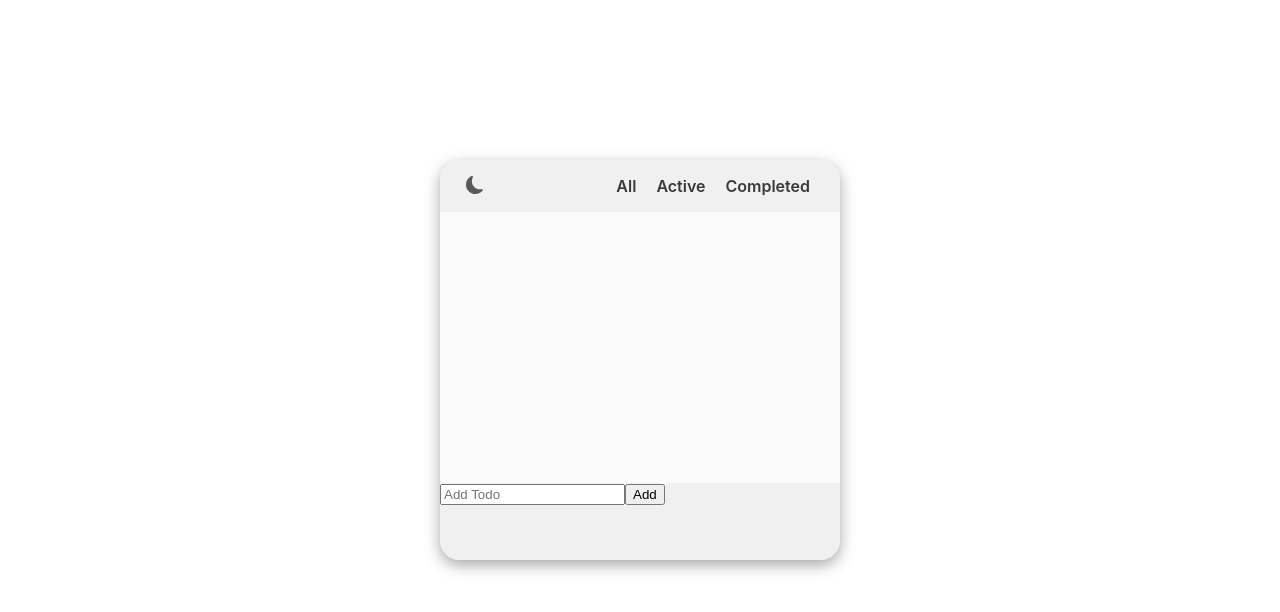
Repository: momo0170/react_todolist
Page: /
The author's editor kept a copy of each file at every save. The page is drawn from the files as they stood at one save, then again after the next save.
The browser window is 1280 px wide. The pictures show the whole page.
The project was rebuilt for these pictures with package versions that can differ from the ones it lists, and the page was loaded fresh each time. Also part of the build but not shown: src/css/Todo.module.css, src/components/Todo.jsx.

Above is the page before, as saved 2022-11-02 12:56:36.

### src/index.css
body {
  margin: 0;
  font-family: -apple-system, BlinkMacSystemFont, 'Segoe UI', 'Roboto', 'Oxygen',
    'Ubuntu', 'Cantarell', 'Fira Sans', 'Droid Sans', 'Helvetica Neue',
    sans-serif;
  -webkit-font-smoothing: antialiased;
  -moz-osx-font-smoothing: grayscale;
  height: 100vh;
  display: flex;
  justify-content: center;
  align-items: center;
}

code {
  font-family: source-code-pro, Menlo, Monaco, Consolas, 'Courier New',
    monospace;
}

### src/App.jsx
import styles from './App.module.css';
import { BsMoonFill, BsSun } from 'react-icons/bs';
import { useEffect, useRef, useState } from 'react';
import Todo from './components/Todo';

function App() {
  const [todos, setTodos] = useState([]);
  const onSubmit = (e) => {
    console.log(e);
    e.preventDefault();
    if (e.target[0].value !== '') {
      setTodos([...todos, { id: todos.length + 1, name: e.target[0].value }]);
      e.target[0].value = '';
    }
  };

  const onChange = (e) => {
    console.log(e.target.value);
  };
  const onDelete = (targetId) => {
    setTodos((prev) => prev.filter((todo) => todo.id !== targetId));
  };

  console.log(todos);

  return (
    <div className={styles.container}>
      <header className={styles.header}>
        <button className={styles.modeBtn}>
          <BsMoonFill size="18" color="#595959" />
        </button>
        <ul className={styles.filter}>
          <li>All</li>
          <li>Active</li>
          <li>Completed</li>
        </ul>
      </header>
      <main className={styles.main}>
        {todos.map((todo) => (
          <li className={styles.list} key={todo.id}>
            <Todo todo={todo} onDelete={onDelete} />
          </li>
        ))}
      </main>
      <footer className={styles.footer}>
        <form className={styles.form} onSubmit={onSubmit}>
          <input
            type="text"
            placeholder="Add Todo"
            className={styles.input}
            onChange={onChange}
          />
          <button className={styles.addBtn}>Add</button>
        </form>
      </footer>
    </div>
  );
}

export default App;

### src/App.module.css
.container {
  display: flex;
  flex-direction: column;
  border-radius: 20px;
  width: 400px;
  height: 400px;
  box-shadow: rgba(0, 0, 0, 0.35) 0px 5px 15px;
}

.header {
  display: flex;
  background-color: #f0f0f0;
  border-radius: 20px 20px 0 0;
  justify-content: space-between;
  padding: 0 20px;
}
.modeBtn {
  border: 0;
  background-color: transparent;
}
.filter {
  list-style: none;
  display: flex;
  padding: 0;
}
.filter li {
  margin: 0 10px;
  cursor: pointer;
  font-weight: 600;
  color: #393939;
}

.main {
  flex: 1 1 70%;
  background-color: #fbfbfb;
}

.footer {
  flex: 1 1 20%;
  background-color: #f0f0f0;
  border-radius: 0 0 20px 20px;
}

Loaded but not shown: public/index.html (common file); src/index.js (common file); src/reportWebVitals.js (common file)

After the next save:
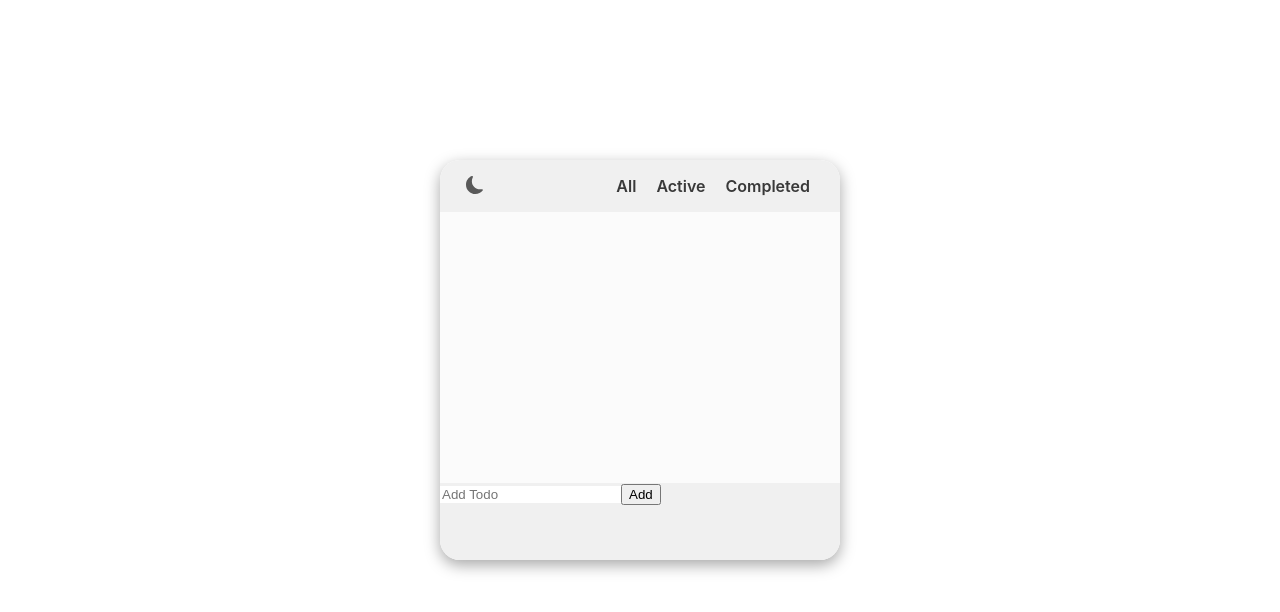
Saved 27 s later.
--- a/src/App.module.css
+++ b/src/App.module.css
@@ -40,3 +40,7 @@
   background-color: #f0f0f0;
   border-radius: 0 0 20px 20px;
 }
+
+.input {
+  border: 0;
+}
